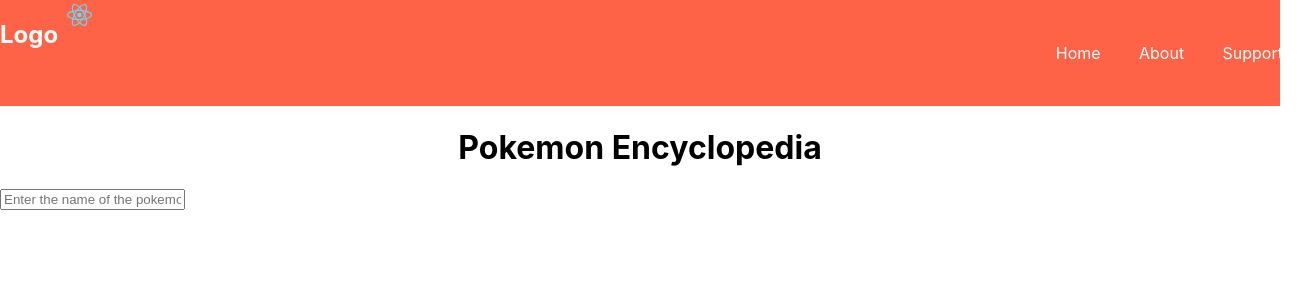
Repository: Gibberlin/pokedex
Page: /
These files come from the project's save history. The page is drawn as it stood at one moment and after a run of saves; the edit follows.
The browser window is 1280 px wide. The page is 1302 px wide, so the pictures cover 1302 px, including what lies to the right of the window. The pictures show the whole page.
The project was rebuilt for these pictures with package versions that can differ from the ones it lists, and the page was loaded fresh each time.

Above is the page before, as saved 2021-09-29 01:20:24.

### src/App.js
import logo from './logo.svg';
import Nav from "./components/Nav"
import './App.css';
import './components/Cards';
import Cards from './components/Cards';

function App() {
  return (
    <div>
    <Nav />
    <h1>Pokemon Encyclopedia</h1>
    <Cards />
    </div>
  );
}

export default App;

### src/components/Nav.js
import React from 'react'
import logo from "../logo.svg";
import "../App.css";
const Nav = () => {
    return (
        <nav>
        <h1>Logo</h1>
            <img src={logo} alt="Poke" height="30px"/>

            <ul>
                <li>Home</li>
                <li>About</li>
                <li>Support</li>
            </ul>
        </nav>
    )
}

export default Nav

### src/App.css
ul {
  margin-left: 70%;
  list-style-type: none;
  display: flex;
}
li {
  margin: 0.2rem;
  padding: 1.5rem 1rem 1.5rem 1rem;
  cursor: pointer;
  border-radius: 5px;
}
nav {
  display: flex;
  background: tomato;
  color: #fff;
}
li:hover {
  color: #18f;
  background-color: #fff;
}
h1 {
  text-align: center;
}

### src/components/Cards.js
import React,{useState} from 'react'
import Axios from 'axios'


const Cards = () => {
    const [poke,gPoke]= useState("");
    const [sp,setSp]=useState("")
    const [query,setQuery]=useState("");
    const getPoke=()=>{

        Axios.get("https://pokeapi.co/api/v2/pokemon/geodude").then((Response)=>{
            console.log(Response);

                gPoke(Response.data.results);



        })
    }

    return (
        <div className="card">
            <input type="text"
            placeholder="Enter the name of the pokemon"
            onChange={query}
            value={InputEvent}/>
            <br />
            <h1>{poke}</h1>


        </div>
    )
}

export default Cards

Loaded but not shown: public/index.html (common file); src/index.js (common file); src/index.css (common file)

After the next 5 saves:
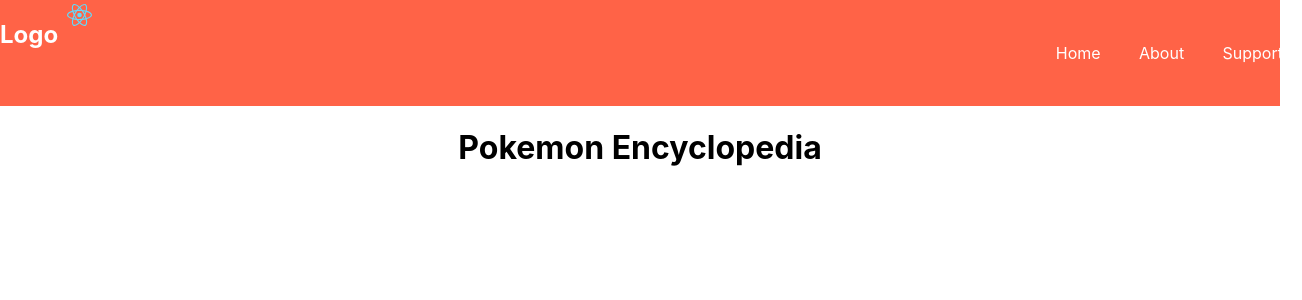
The 5 saves are shown as one change because 4 did not build or start.
The last was saved 5 min 14 s later.
--- a/src/components/Cards.js
+++ b/src/components/Cards.js
@@ -1,5 +1,6 @@
 import React,{useState} from 'react'
 import Axios from 'axios'
+
 
 
 const Cards = () => {
@@ -8,7 +9,7 @@
     const [query,setQuery]=useState("");
     const getPoke=()=>{
 
-        Axios.get("https://pokeapi.co/api/v2/pokemon/geodude").then((Response)=>{
+        Axios.get("https://pokeapi.co/api/v2/pokemon?limit=100&offset=0").then((Response)=>{
             console.log(Response);
 
                 gPoke(Response.data.results);
@@ -18,13 +19,10 @@
         })
     }
 
+
     return (
         <div className="card">
-            <input type="text"
-            placeholder="Enter the name of the pokemon"
-            onChange={query}
-            value={InputEvent}/>
-            <br />
+
             <h1>{poke}</h1>
 
 
